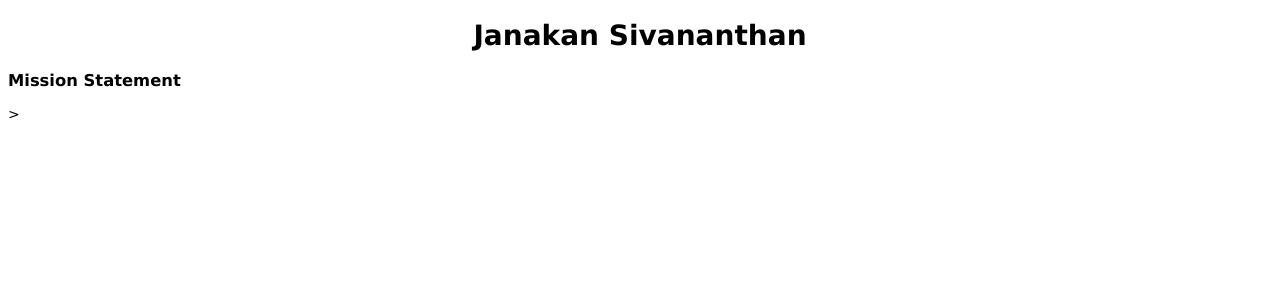
Repository: JanakanS95/COMP-229-Assignment-1
Page: http://localhost/
These files come from the project's save history. The page is drawn as it stood at one moment and after the next save; the edit follows.
The browser window is 1280 px wide. The pictures show the whole page.
The page is served by the project's Node server (app.js).

Above is the page before, as saved 2021-06-04 06:25:23.

After the next save:
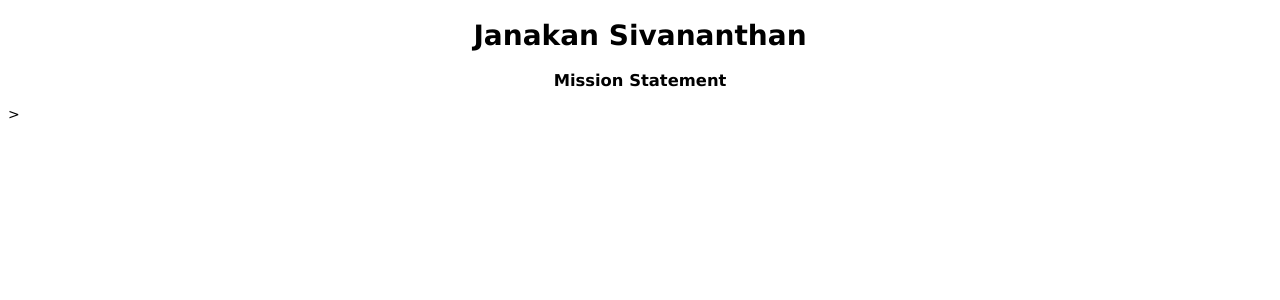
Saved 30 s later.
--- a/public/Content/index.css
+++ b/public/Content/index.css
@@ -2,6 +2,6 @@ body {
   font: 14px "Lucida Grande", Helvetica, Arial, sans-serif;
 }
 
-h1 {
+h1, h3, p {
   text-align : center;
 }
